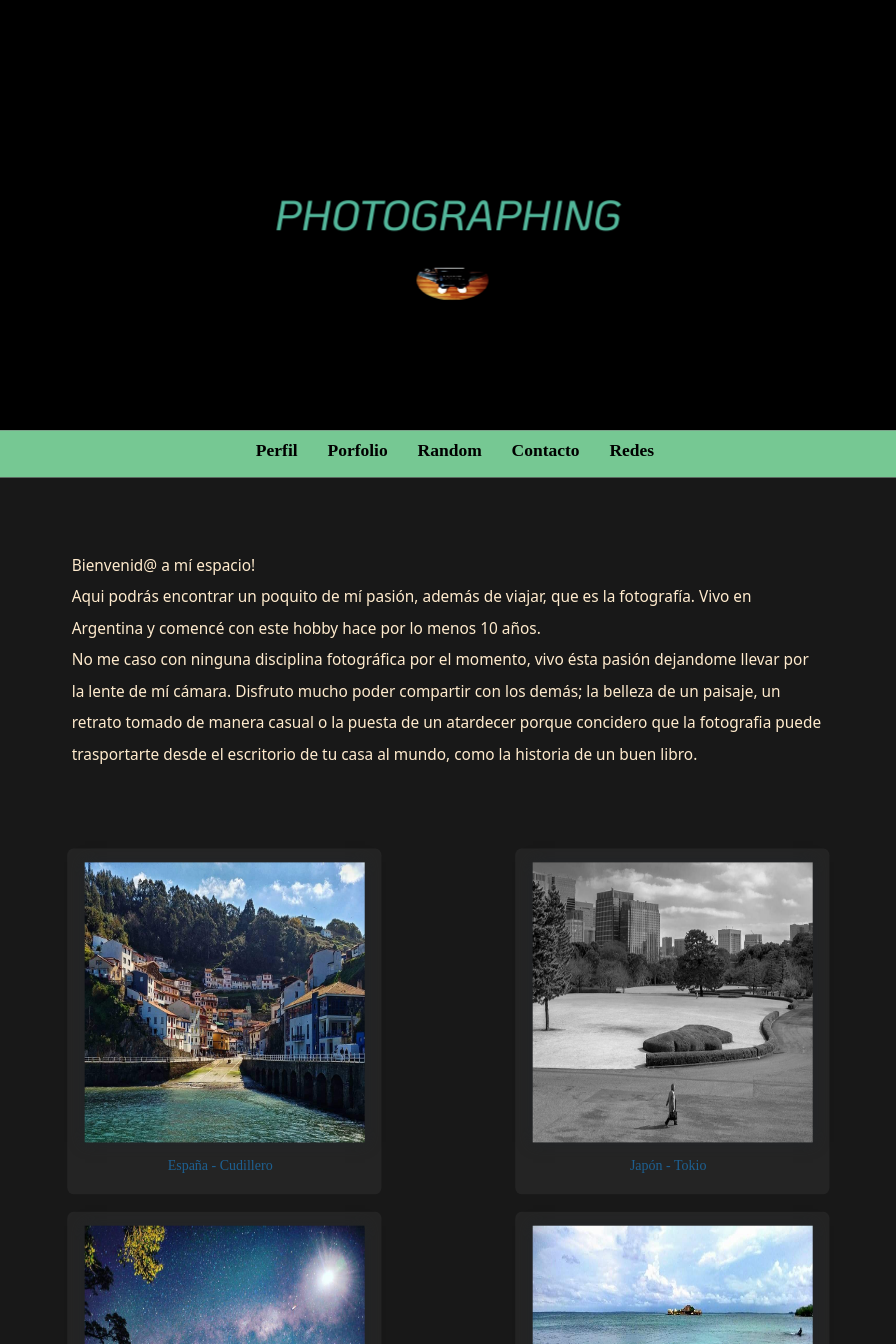
Repository: Carolitann/Photographing
Page: index.html
The author's editor kept a copy of each file at every save. The page is drawn from the files as they stood at one save, then again after the next save.
The browser window is 1280 px wide. The pictures show the part of the page from y = 0 to 1920 px (the page is 3556 px tall before and 11078 px after), at 70% of full size.

Above is the page before, as saved 2021-07-21 19:03:20.

After the next save:
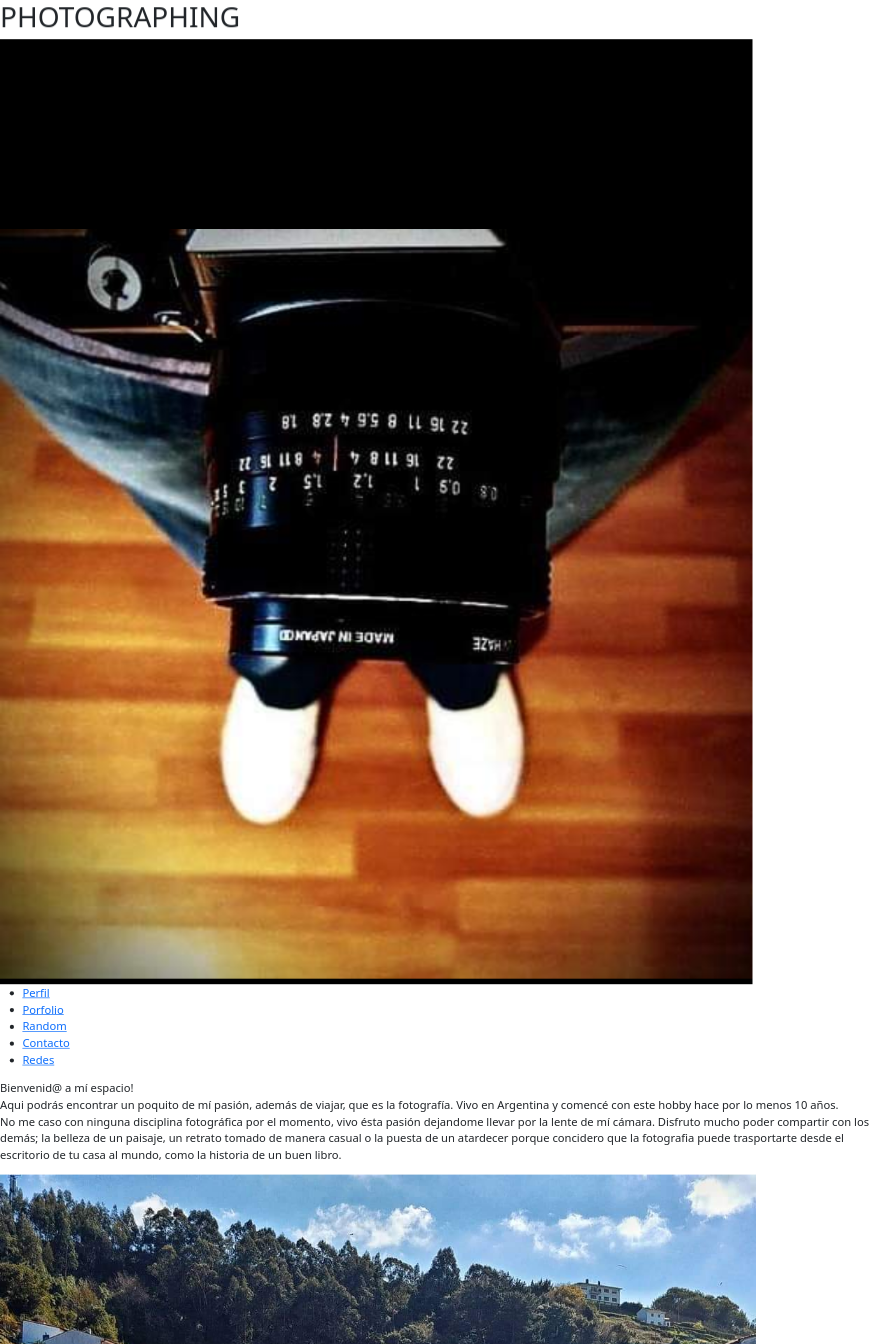
Saved 55 s later.
--- a/index.html
+++ b/index.html
@@ -8,7 +8,7 @@
     <meta name="keywords" content="fotos, paisajes, retratos,arte, fotografia">
     <link rel="stylesheet"href="https://cdnjs.cloudflare.com/ajax/libs/animate.css/4.1.1/animate.min.css"/>
     <link href="https://cdn.jsdelivr.net/npm/bootstrap@5.0.1/dist/css/bootstrap.min.css" rel="stylesheet" integrity="sha384-+0n0xVW2eSR5OomGNYDnhzAbDsOXxcvSN1TPprVMTNDbiYZCxYbOOl7+AMvyTG2x" crossorigin="anonymous">
-    <link rel="stylesheet" href="/css/style.css">
+    <link rel="stylesheet" href="./">
 </head>
 <body>
     <header>
